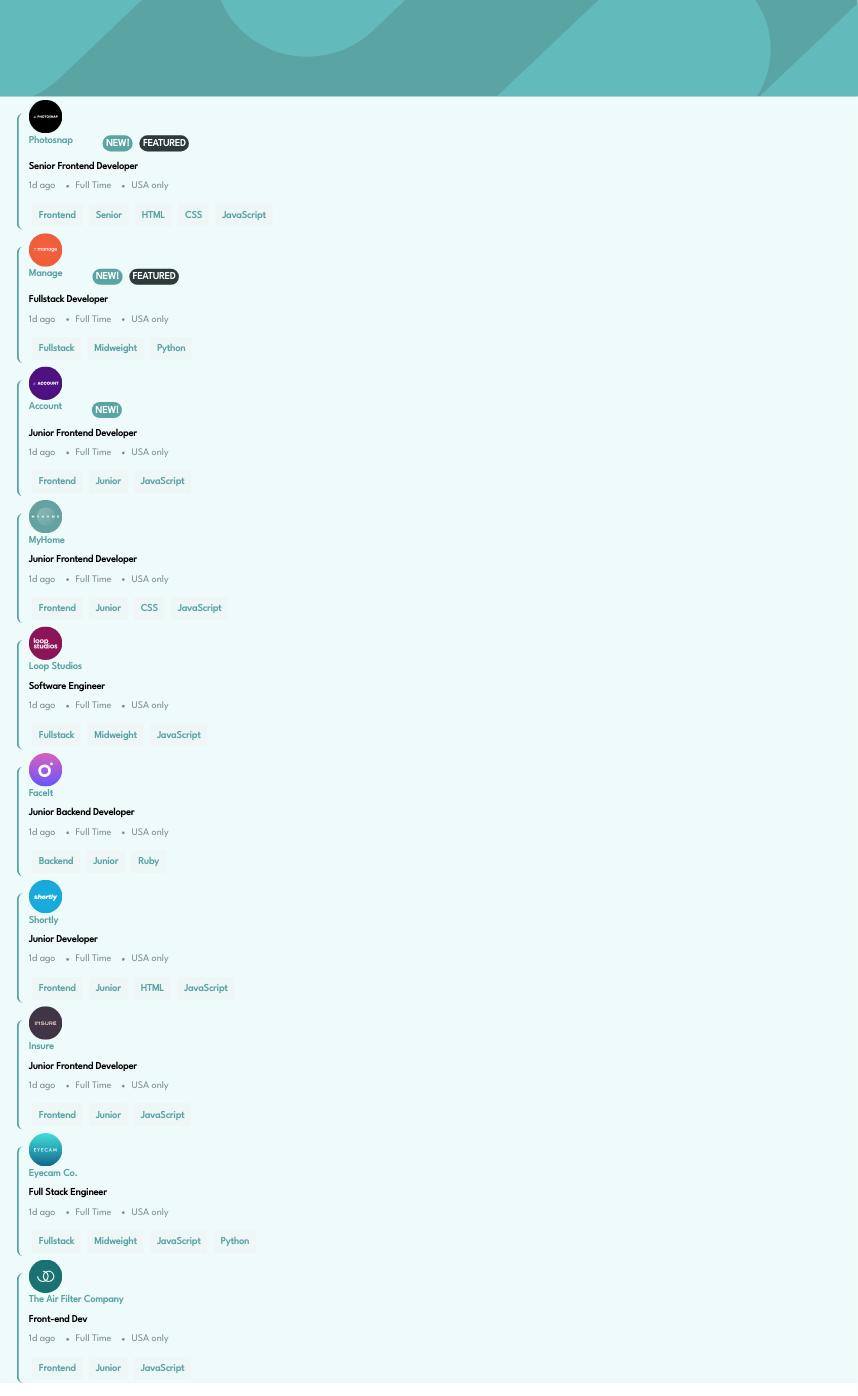
Repository: DevLaukey/job-listing
Page: /
An editor plug-in stored every save of this project. The page is shown before and after the next save, followed by the edit.
The browser window is 1280 px wide. The pictures show the whole page, at 67% of full size.
Some web fonts or font styles are not loaded; a fallback is used. The project was rebuilt for these pictures with package versions that can differ from the ones it lists, and the page was loaded fresh each time.

Above is the page before, as saved 2022-06-02 23:44:50.

After the next save:
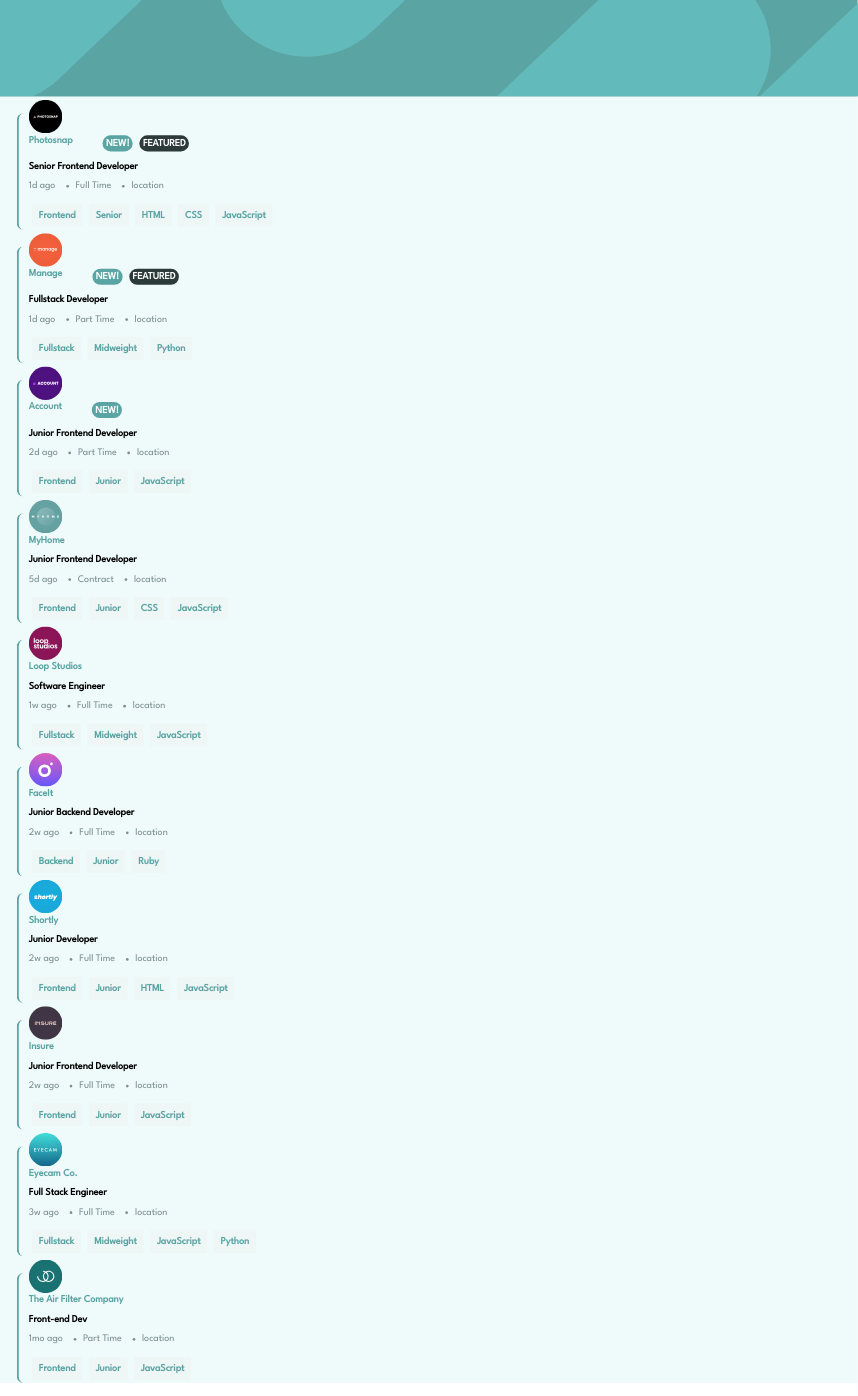
Saved 2 min 19 s later.
--- a/src/components/Tablet.js
+++ b/src/components/Tablet.js
@@ -20,10 +20,10 @@ console.log(logo)
             <p>{position}</p>
           </div>
           <div className="details">
-            <p>1d ago</p>
+            <p>{postedAt}</p>
             <ul className="list">
-              <li> Full Time</li>
-              <li className="country"> USA only</li>
+              <li>{contract}</li>
+              <li className="country">location</li>
             </ul>
           </div>
           <hr className="line" />
